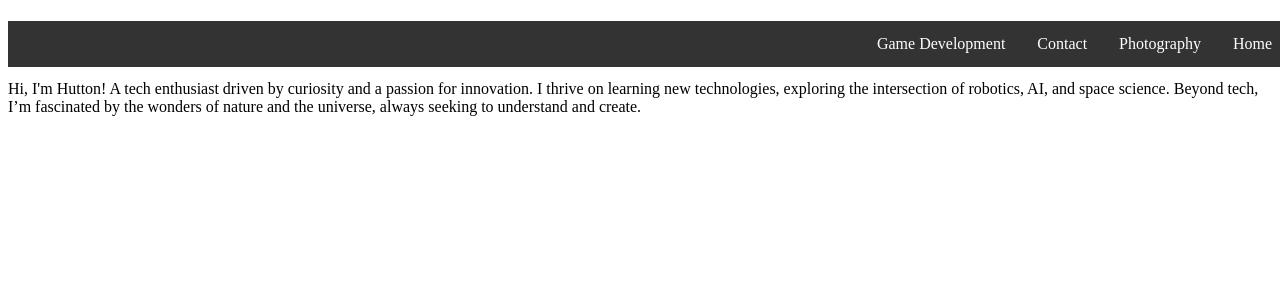
Repository: Argivist/ArgPortfolio
Page: index.html
An editor plug-in stored every save of this project. The page is shown before and after the next save, followed by the edit.
The browser window is 1280 px wide. The pictures show the whole page.

Above is the page before, as saved 2025-03-28 14:50:11.

### index.html
<!DOCTYPE html>
<html lang="en">

<head>
    <meta charset="UTF-8">
    <meta name="viewport" content="width=device-width, initial-scale=1.0">
    <link rel="stylesheet" href="css/styles.css">
    <link rel="stylesheet" href="css/nav.css">

    <title>Hutton Amison-Addy</title>
</head>

<body>
    <nav>
        <ul>
            <li class="nav-content"><a href="index.html">Home</a></li>
            <li class="nav-content"><a href="https://www.instagram.com/theworldinoneseye/">Photography</a></li>

            <li class="dropdown nav-content">
                <a href="contact.html">Contact</a>
                <ul class="dropdown-content">
                    <li><a href="https://www.linkedin.com/in/hutton-amison-addy-7b1b3b1b1/">LinkedIn</a></li>
                    <li><a href="https://www.github.com/Argivist">GitHub</a></li>
                    <li><a href="mailto:hutton.amison@ashesi.edu.gh">hutton.amison@ashesi.edu.gh</a></li>
                    <li><a href="mailto:huttonaaddy.public@gmail.com">huttonaaddy.public@gmail.com</a></li>
                </ul>
            </li>

            <li class="dropdown nav-content">
                <a href="#">Game Development</a>
                <ul class="dropdown-content">
                    <li><a href="game/index.html">Game Development Projects</a></li>
                    <li><a href="blender/index.html">Blender</a></li>
                </ul>
            </li>
        </ul>
    </nav>

    <div>
        <h1>This is me!</h1>
        <p class="desc">
            Hi, I'm Hutton! A tech enthusiast driven by curiosity and a passion for innovation. I thrive on learning new technologies, exploring the intersection of robotics, AI, and space science. Beyond tech, I’m fascinated by the wonders of nature and the universe, always seeking to understand and create.
        </p>
    </div>

</body>

</html>

### css/nav.css
/* NAV Content and Dropdown */
.nav-content{
    position: relative;
    display: inline-block;
}
.dropdown:hover .dropdown-content{
    display: block;
}
.dropdown-content{
    display: none;
    position: absolute;
    background-color: #f9f9f9;
    min-width: 160px;
    box-shadow: 0px 8px 16px 0px rgba(0,0,0,0.2);
    z-index: 1;
}

/* Nav Stlisation */
nav{
    background-color: #333;
    overflow: hidden;
    position: fixed;
    width: 100%;
    z-index: 100;
}
nav ul{
    list-style-type: none;
    margin: 0;
    padding: 0;
    overflow: hidden;
}
nav ul li{
    float: right;
}
nav ul li a{
    display: block;
    color: white;
    text-align: center;
    padding: 14px 16px;
    text-decoration: none;
}
nav ul li a:hover{
    background-color: #111;
}

Loaded but not shown: css/styles.css (no stored copy; drawn as an empty file)

After the next save:
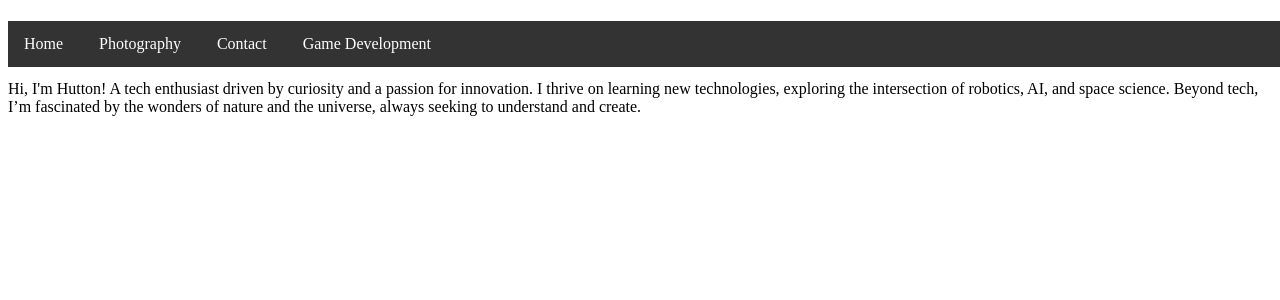
Saved 32 s later.
--- a/css/nav.css
+++ b/css/nav.css
@@ -30,7 +30,8 @@ nav ul{
     overflow: hidden;
 }
 nav ul li{
-    float: right;
+    float:none;
+    display: inline;
 }
 nav ul li a{
     display: block;
